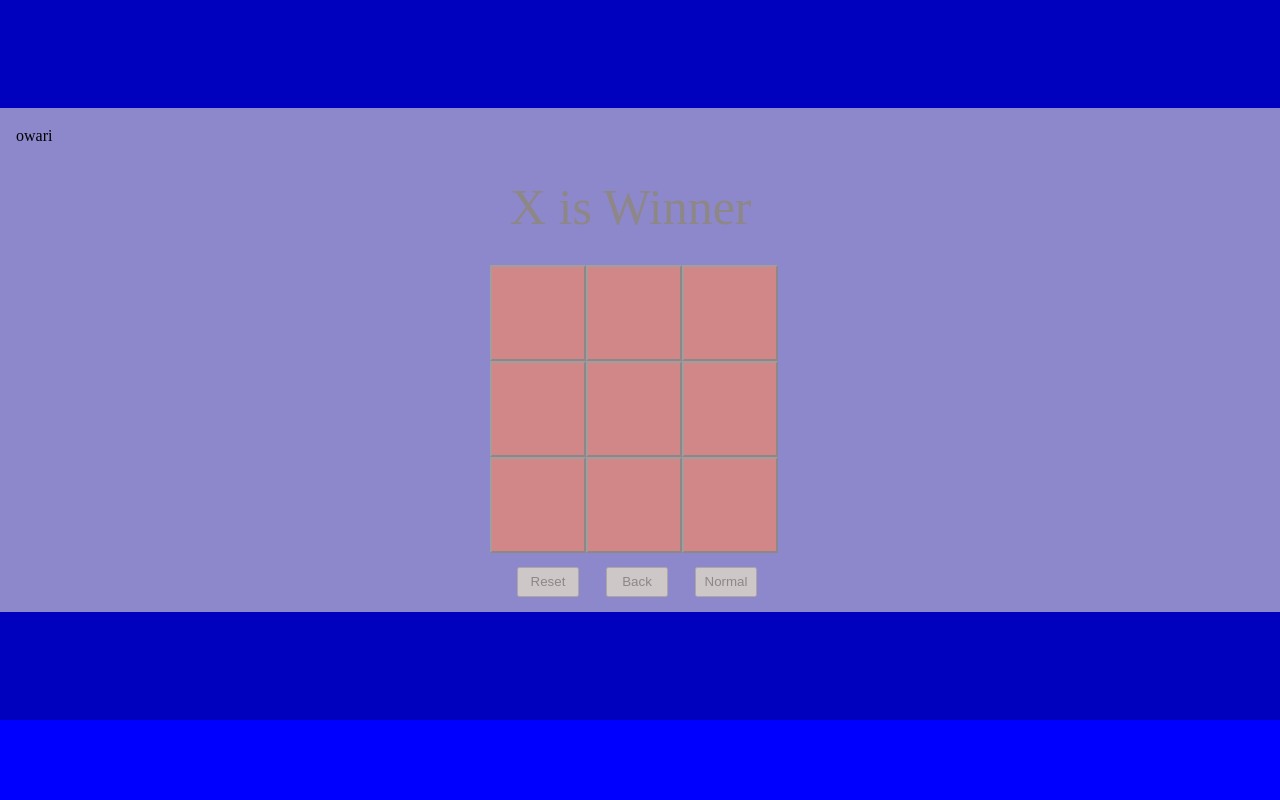
Repository: Mush-s/Folio-OX
Page: /game
These files come from the project's save history. The page is drawn as it stood at one moment and after the next save; the edit follows.
The browser window is 1280 px wide. The pictures show the whole page.
The project was rebuilt for these pictures with package versions that can differ from the ones it lists, and the page was loaded fresh each time. Also part of the build but not shown: src/Start/Start.css, src/Start/Start.js.

Above is the page before, as saved 2022-09-02 19:03:49.

### src/index.js
import { createRoot } from "react-dom/client";
import { BrowserRouter } from "react-router-dom";
import ReactDOM from "react-dom";
import AfterGame from "./TicTacToe/AfterGame/AfterGame";

import App from "./App";
const container = document.getElementById("root");
const root = createRoot(container);
root.render(
  <BrowserRouter>
    <App />
  </BrowserRouter>
);

export const OverLay = () => {
  return ReactDOM.createPortal(
    <AfterGame />,
    document.getElementById("portal")
  );
};

### src/TicTacToe/AfterGame/AfterGame.js
import "./AfterGame.css";

const AfterGame = () => {
  return (
    <div className="after">
      <div className="content">owari</div>
    </div>
  );
};

export default AfterGame;

### src/App.js
import "./App.css";
import Game from "./TicTacToe/Game/Game";
import Start from "./Start/Start";
import { Route, Routes } from "react-router-dom";

const App = () => {
  return (
    <div className="app">
      <Routes>
        <Route path="/" element={<Start />} exact/>
        <Route path="/game" element={<Game />} />
      </Routes>
    </div>
  );
};

export default App;

### src/TicTacToe/AfterGame/AfterGame.css
.after {
    background: rgba(0, 0, 0, 0.25);
    position: fixed;
    left: 0;
    top: 0;
    height: 100%;
    width: 100%;
    display: flex;
    align-items: center;
    justify-content: center;
  }

  .after .content {
    background:rgba(219, 210, 210, 0.644);
    padding: 1rem;
    width: 100%;
    height: 70%;
  }

### src/App.css
.app {
  position: relative;
  height: 50em;
  background-color: blue;
}
/* Document
 * ========================================================================== */

/**
 * 1. Add border box sizing in all browsers (opinionated).
 * 2. Backgrounds do not repeat by default (opinionated).
 */

*,
::before,
::after {
  box-sizing: border-box; /* 1 */
  background-repeat: no-repeat; /* 2 */
}

/**
  * 1. Add text decoration inheritance in all browsers (opinionated).
  * 2. Add vertical alignment inheritance in all browsers (opinionated).
  */

::before,
::after {
  text-decoration: inherit; /* 1 */
  vertical-align: inherit; /* 2 */
}

/**
  * 1. Use the default cursor in all browsers (opinionated).
  * 2. Change the line height in all browsers (opinionated).
  * 3. Breaks words to prevent overflow in all browsers (opinionated).
  * 4. Use a 4-space tab width in all browsers (opinionated).
  * 5. Remove the grey highlight on links in iOS (opinionated).
  * 6. Prevent adjustments of font size after orientation changes in iOS.
  */

:where(:root) {
  cursor: default; /* 1 */
  line-height: 1.5; /* 2 */
  overflow-wrap: break-word; /* 3 */
  -moz-tab-size: 4; /* 4 */
  tab-size: 4; /* 4 */
  -webkit-tap-highlight-color: transparent; /* 5 */
  -webkit-text-size-adjust: 100%; /* 6 */
  text-size-adjust: 100%; /* 6 */
}

/* Sections
  * ========================================================================== */

/**
  * Remove the margin in all browsers (opinionated).
  */

:where(body) {
  margin: 0;
}

/**
  * Correct the font size and margin on `h1` elements within `section` and
  * `article` contexts in Chrome, Edge, Firefox, and Safari.
  */

:where(h1) {
  font-size: 2em;
  margin: 0.67em 0;
}

/* Grouping content
  * ========================================================================== */

/**
  * Remove the margin on nested lists in Chrome, Edge, and Safari.
  */

:where(dl, ol, ul) :where(dl, ol, ul) {
  margin: 0;
}

/**
  * 1. Correct the inheritance of border color in Firefox.
  * 2. Add the correct box sizing in Firefox.
  */

:where(hr) {
  color: inherit; /* 1 */
  height: 0; /* 2 */
}

/**
  * Remove the list style on navigation lists in all browsers (opinionated).
  */

:where(nav) :where(ol, ul) {
  list-style-type: none;
  padding: 0;
}

/**
  * Prevent VoiceOver from ignoring list semantics in Safari (opinionated).
  */

:where(nav li)::before {
  content: "\200B";
  float: left;
}

/**
  * 1. Correct the inheritance and scaling of font size in all browsers.
  * 2. Correct the odd `em` font sizing in all browsers.
  * 3. Prevent overflow of the container in all browsers (opinionated).
  */

:where(pre) {
  font-family: monospace, monospace; /* 1 */
  font-size: 1em; /* 2 */
  overflow: auto; /* 3 */
}

/* Text-level semantics
  * ========================================================================== */

/**
  * Add the correct text decoration in Safari.
  */

:where(abbr[title]) {
  text-decoration: underline;
  text-decoration: underline dotted;
}

/**
  * Add the correct font weight in Chrome, Edge, and Safari.
  */

:where(b, strong) {
  font-weight: bolder;
}

/**
  * 1. Correct the inheritance and scaling of font size in all browsers.
  * 2. Correct the odd `em` font sizing in all browsers.
  */

:where(code, kbd, samp) {
  font-family: monospace, monospace; /* 1 */
  font-size: 1em; /* 2 */
}

/**
  * Add the correct font size in all browsers.
  */

:where(small) {
  font-size: 80%;
}

/* Embedded content
  * ========================================================================== */

/*
  * Change the alignment on media elements in all browsers (opinionated).
  */

:where(audio, canvas, iframe, img, svg, video) {
  vertical-align: middle;
}

/**
  * Remove the border on iframes in all browsers (opinionated).
  */

:where(iframe) {
  border-style: none;
}

/**
  * Change the fill color to match the text color in all browsers (opinionated).
  */

:where(svg:not([fill])) {
  fill: currentColor;
}

/* Tabular data
  * ========================================================================== */

/**
  * 1. Collapse border spacing in all browsers (opinionated).
  * 2. Correct table border color in Chrome, Edge, and Safari.
  * 3. Remove text indentation from table contents in Chrome, Edge, and Safari.
  */

:where(table) {
  border-collapse: collapse; /* 1 */
  border-color: currentColor; /* 2 */
  text-indent: 0; /* 3 */
}

/* Forms
  * ========================================================================== */

/**
  * Remove the margin on controls in Safari.
  */

:where(button, input, select) {
  margin: 0;
}

/**
  * Correct the inability to style buttons in iOS and Safari.
  */

:where(button, [type="button" i], [type="reset" i], [type="submit" i]) {
  -webkit-appearance: button;
}

/**
  * Change the inconsistent appearance in all browsers (opinionated).
  */

:where(fieldset) {
  border: 1px solid #a0a0a0;
}

/**
  * Add the correct vertical alignment in Chrome, Edge, and Firefox.
  */

:where(progress) {
  vertical-align: baseline;
}

/**
  * 1. Remove the margin in Firefox and Safari.
  * 3. Change the resize direction in all browsers (opinionated).
  */

:where(textarea) {
  margin: 0; /* 1 */
  resize: vertical; /* 3 */
}

/**
  * 1. Correct the odd appearance in Chrome, Edge, and Safari.
  * 2. Correct the outline style in Safari.
  */

:where([type="search" i]) {
  -webkit-appearance: textfield; /* 1 */
  outline-offset: -2px; /* 2 */
}

/**
  * Correct the cursor style of increment and decrement buttons in Safari.
  */

::-webkit-inner-spin-button,
::-webkit-outer-spin-button {
  height: auto;
}

/**
  * Correct the text style of placeholders in Chrome, Edge, and Safari.
  */

::-webkit-input-placeholder {
  color: inherit;
  opacity: 0.54;
}

/**
  * Remove the inner padding in Chrome, Edge, and Safari on macOS.
  */

::-webkit-search-decoration {
  -webkit-appearance: none;
}

/**
  * 1. Correct the inability to style upload buttons in iOS and Safari.
  * 2. Change font properties to `inherit` in Safari.
  */

::-webkit-file-upload-button {
  -webkit-appearance: button; /* 1 */
  font: inherit; /* 2 */
}

/* Interactive
  * ========================================================================== */

/*
  * Add the correct styles in Safari.
  */

:where(dialog) {
  background-color: white;
  border: solid;
  color: black;
  height: -moz-fit-content;
  height: fit-content;
  left: 0;
  margin: auto;
  padding: 1em;
  position: absolute;
  right: 0;
  width: -moz-fit-content;
  width: fit-content;
}

:where(dialog:not([open])) {
  display: none;
}

/*
  * Add the correct display in Safari.
  */

:where(details > summary:first-of-type) {
  display: list-item;
}

/* Accessibility
  * ========================================================================== */

/**
  * Change the cursor on busy elements in all browsers (opinionated).
  */

:where([aria-busy="true" i]) {
  cursor: progress;
}

/*
  * Change the cursor on disabled, not-editable, or otherwise
  * inoperable elements in all browsers (opinionated).
  */

:where([aria-disabled="true" i], [disabled]) {
  cursor: not-allowed;
}

/*
  * Change the display on visually hidden accessible elements
  * in all browsers (opinionated).
  */

:where([aria-hidden="false" i][hidden]) {
  display: initial;
}

:where([aria-hidden="false" i][hidden]:not(:focus)) {
  clip: rect(0, 0, 0, 0);
  position: absolute;
}

### src/TicTacToe/Game/Game.js
import { useEffect, useState } from "react";
import Cell from "./Cell";
import { Pattern } from "../Patterns/Pattern";
import GameButtons from "./GameButtons/GameButtons";

import "./Game.css";
import { OverLay } from "../..";

const Game = () => {
  const [player, setPlayer] = useState("O");
  const [countDown, setCountDown] = useState(8);
  const [gameOver, setGameOver] = useState(false);
  const [result, setResult] = useState();
  const [mode, setMode] = useState("Normal");
  const [time, setTime] = useState(5);

  const [cellValues, setCellValues] = useState([
    "",
    "",
    "",
    "",
    "",
    "",
    "",
    "",
    "",
  ]);

  useEffect(() => {
    checkWin();
  });

  let timer;
  const updataCount = () => {
    timer = setInterval(() => {
      setTime((preC) => preC - 1);
    }, 1000);

    if (time === 0) {
      clearInterval(timer);
      if (player === "O") {
        setResult("X is Winner");
        setGameOver(true);
      }
      if (player === "X") {
        setResult("O is Winner");
        setGameOver(true);
      }
    }
  };

  useEffect(() => {
    updataCount();
    console.log(time);
    return () => clearInterval(timer);
  });

  useEffect(() => {
    setTime(5);
  }, [player]);

  const isCellEmpty = (index) => cellValues[index] === "";

  //Cell Clicked ここから

  const clickHandler = (index) => {
    if (isCellEmpty(index)) {
      setCountDown(countDown - 1);
      const newCellValues = [...cellValues];
      newCellValues[index] = player;
      setCellValues(newCellValues);

      if (player === "O") {
        setPlayer("X");
      } else {
        setPlayer("O");
      }

      if (countDown === 0) {
        setGameOver(true);
        setResult("引き分けです");
      }
      // Repaint mode 処理
    } else {
      if (mode === "Repaint") {
        setCountDown(countDown - 1);
        const newCellValues = [...cellValues];
        newCellValues[index] = player;
        setCellValues(newCellValues);

        if (player === "O") {
          setPlayer("X");
        } else {
          setPlayer("O");
        }
      }
      setMode("Normal");
    }
  };

  //Reset Button ここから

  const resetHandler = () => {
    setPlayer("O");
    setCountDown(8);
    setCellValues(["", "", "", "", "", "", "", "", ""]);
    setResult();
  };

  //Back button ここから

  const backHandler = () => {
    // setCountDown(countDown + 1);
    // const backedValues = [...cellValues]
    // setCellValues(backedValues)
    // if (player === "O") {
    //   setPlayer("X");
    // } else {
    //   setPlayer("O");
    // }
  };

  //Change button ここから

  const ChangeHandler = () => {
    if (mode === "Normal") {
      setMode("Repaint");
    }
    if (mode === "Repaint") {
      setMode("Normal");
    }
  };
  //勝ち負け判定

  const checkWin = () => {
    Pattern.forEach((currPa) => {
      const firstPlayer = cellValues[currPa[0]];
      if (firstPlayer === "") return;
      console.log(cellValues[currPa[0]]);
      let foundWiiningPattern = true;
      currPa.forEach((i) => {
        if (cellValues[i] !== firstPlayer) {
          foundWiiningPattern = false;
        }
      });

      if (foundWiiningPattern) {
        if (player === "O") {
          setResult("X is Winner");
          setGameOver(true);
        } else {
          setResult("O is Winner");
          setGameOver(true);
        }
      }
    });
  };
  return (
    <div className="game">
      <div className="result">{result}</div>
      {!gameOver && <div className="turn">{player}'s Turn</div>}
      {!gameOver && <p className="timer">You have {time} seconds</p>}
      {cellValues.map((value, index) => (
        <Cell key={index} value={value} onClick={() => clickHandler(index)} />
      ))}
      <GameButtons
        mode={mode}
        onClick={resetHandler}
        onBack={backHandler}
        onChange={ChangeHandler}
      />
      {gameOver && <OverLay gameOver={gameOver} />}
    </div>
  );
};

export default Game;

### src/TicTacToe/Game/Cell.js
import "./Cell.css";

const Cell = (props) => {
  return (
    <div className="cell flat border">
      <button onClick={props.onClick}>{props.value}</button>
    </div>
  );
};

export default Cell;

### src/TicTacToe/Patterns/Pattern.js
export const Pattern = [
  [0, 1, 2],
  [3, 4, 5],
  [6, 7, 8],
  [0, 3, 6],
  [1, 4, 7],
  [2, 5, 8],
  [0, 4, 8],
  [2, 4, 6],
];

### src/TicTacToe/Game/GameButtons/GameButtons.js
import "./GameButtons.css";

const GameOver = (props) => {
  return (
    <div className="gameover">
      <button onClick={props.onClick}>Reset</button>
      <button onClick={props.onBack}>Back</button>
      <button onClick={props.onChange}>{props.mode}</button>
    </div>
  );
};

export default GameOver;

### src/TicTacToe/Game/Game.css
.game {
  position: absolute;
  top: 40%;
  left: 50%;
  margin-right: -50%;
  transform: translate(-50%, -50%);
  height: 300px;
  width: 300px;
  display: flex;
  flex-wrap: wrap;
}

.game .result {
  font-size: 50px;
  margin-bottom: 20px;
margin-left:20px;
}

.game .timer {
  font-size: 30px;
  margin-bottom: 15px;
  margin-left:20px;
}

.game .turn {
  font-size: 30px;
  margin-left:70px;
}

### src/TicTacToe/Game/Cell.css
.cell {
    height: 32%;
    width: 32%;
}
.cell button{
  width:100%;
  height:100%;
  color:aqua;
  background-color: red;
}


  .flat.border:hover {
    background: #ff9300;
    color: #fff;
  }
  .flat.border:active, .flat.border:focus {
    top: 2px;
  }

### src/TicTacToe/Game/GameButtons/GameButtons.css
.gameover {
  text-align: center;
  font-size: 30px;
}

.gameover button {
  width: 62px;
  height: 30px;
  margin-left: 27px;
}

Loaded but not shown: public/index.html (common file)

After the next save:
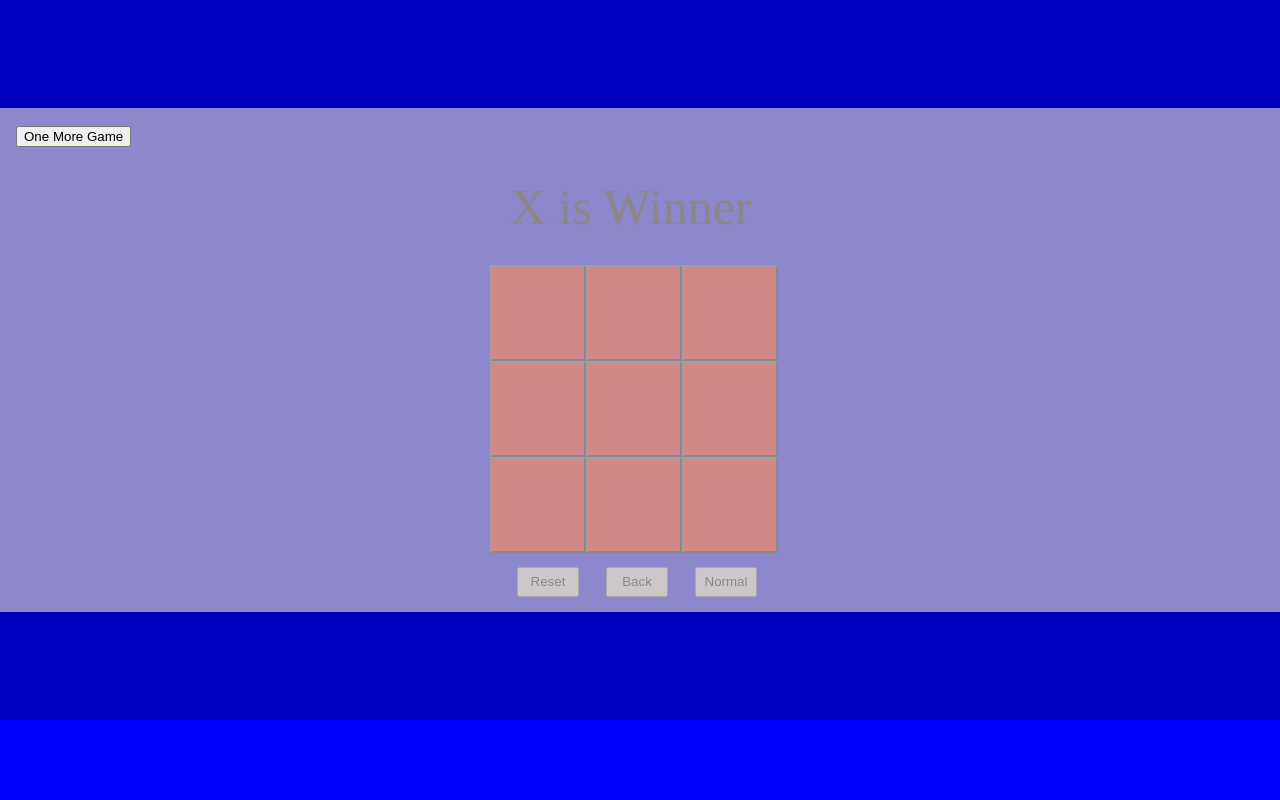
Saved 22 s later.
--- a/src/TicTacToe/AfterGame/AfterGame.js
+++ b/src/TicTacToe/AfterGame/AfterGame.js
@@ -3,7 +3,9 @@ import "./AfterGame.css";
 const AfterGame = () => {
   return (
     <div className="after">
-      <div className="content">owari</div>
+      <div className="content">
+        <button>One More Game</button>
+      </div>
     </div>
   );
 };
